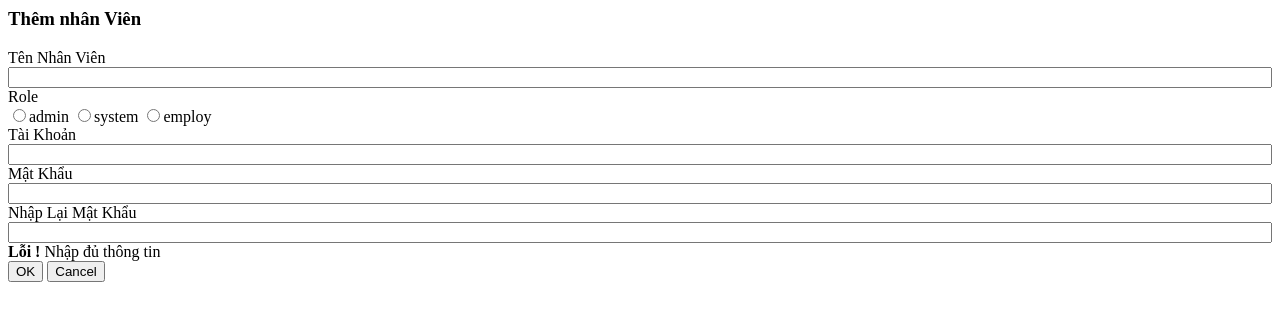
Repository: chickenoken/LuanAn
Page: http://localhost/net/quanLyNhanVienControl
These files come from the project's save history. The page is drawn as it stood at one moment and after the next save; the edit follows.
The browser window is 1280 px wide. The pictures show the whole page.
The page is served by Tomcat 9.

Above is the page before, as saved 2019-06-17 10:19:04.

After the next save:
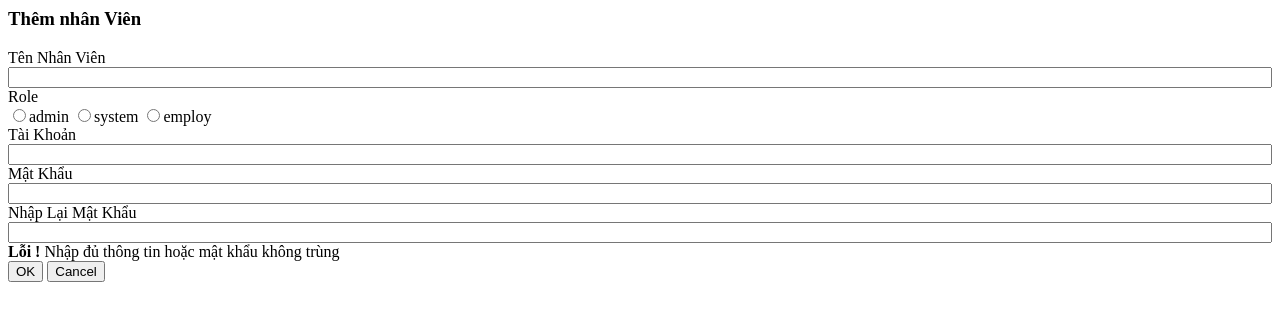
Saved 24 s later.
--- a/net/src/main/webapp/WEB-INF/pages/quanLyNhanVienControl.jsp
+++ b/net/src/main/webapp/WEB-INF/pages/quanLyNhanVienControl.jsp
@@ -51,7 +51,7 @@
   <div class="row m-t-10">
 	  <div class="col-md-12" ng-if="model.hidden.isShow">
 	    <div class="alert alert-danger text-center">
-	      <strong>Lỗi !</strong> Nhập đủ thông tin
+	      <strong>Lỗi !</strong> Nhập đủ thông tin hoặc mật khẩu không trùng
 	    </div>
 	  </div>
   </div>
